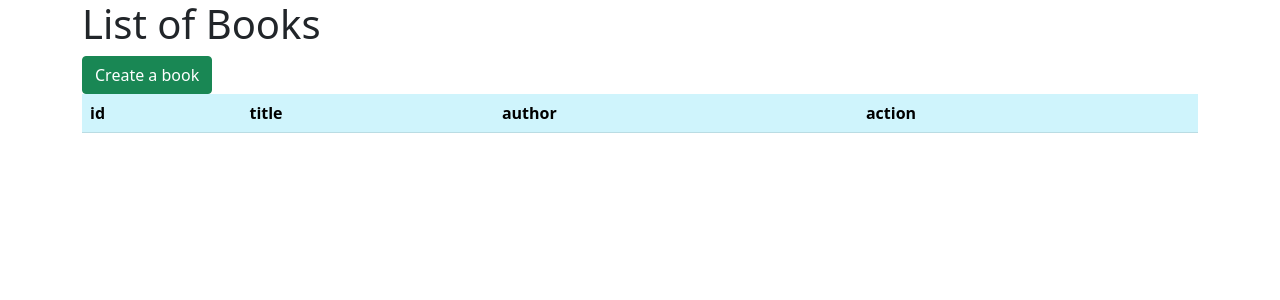
Repository: RaghdaMadiane/django
Page: http://localhost/books/
These files come from the project's save history. The page is drawn as it stood at one moment and after the next save; the edit follows.
The browser window is 1280 px wide. The pictures show the whole page.
The page is served by the project's application, run on Django 3.2 (manage.py). Other server files are loaded and not shown. Queries for data that is not in the repository find no rows.

Above is the page before, as saved 2021-04-22 11:46:55.

### books/templates/books/index.html
{% extends "layout/main.html"%}
{%block body%}
<h1>List of Books<h1>
<table class="table table-striped table-hover" style="width:200rm" >

  <thead>
    <tr>
        <th scope="col" class="table-info">id</th>
     <th scope="col" class="table-info">title</th>
      <th scope="col" class="table-info">author</th>
      <th scope="col" class="table-info">action</th>
    </tr>
     </thead>
     {%for book in books%}
  <tbody>
    <tr>
     <td >{{book.id}}</td>
      <td >{{book.title}}</td>
     <td>{{book.author}}</td>
     <td><a href="{% url 'edit' book.id %}" type="button"  class="btn btn-info"> edit </a>
     <a href="{% url 'delete' book.id %}" type="button"  class="btn btn-danger"> delete</a></td>
    </tr>
   </tbody>
{% endfor %}
<a  href='create' type="button"  class="btn btn-success"> Create a book </a>
{% endblock %}

### books/templates/layout/main.html
<html>
<head>
<!-- CSS only -->
<link href="https://cdn.jsdelivr.net/npm/bootstrap@5.0.0-beta3/dist/css/bootstrap.min.css" rel="stylesheet" integrity="sha384-eOJMYsd53ii+scO/bJGFsiCZc+5NDVN2yr8+0RDqr0Ql0h+rP48ckxlpbzKgwra6" crossorigin="anonymous">
</head>
<body class="container">
{%block body%}
{% endblock %}
</body>
</html>

### books/views.py
from django.shortcuts import render,redirect
from django.http import HttpResponse
from .forms import BookForm
from .models import Book
# Create your views here.
def index(request):
    books =Book.objects.all()
    return render(request,"books/index.html",{
        "books":books
    })
def create(request):
    form=BookForm(request.POST or None)
    if form.is_valid():
        form.save()
        return redirect("index")
    return render(request,"books/create.html",{
        "form" : form
    })
def edit(request,id):
    book=Book.objects.get(id=id)
    form =BookForm(request.POST or None, instance=book)
    if form.is_valid():
        form.save()
        return redirect("index")

    return render(request,"books/edit.html",{
        "form" : form,
        "book" : book
    })
def delete(request, id):
    book=Book.objects.get(id=id)
    book.delete()
    return redirect("index")

### book/urls.py
"""book URL Configuration

The `urlpatterns` list routes URLs to views. For more information please see:
    https://docs.djangoproject.com/en/3.2/topics/http/urls/
Examples:
Function views
    1. Add an import:  from my_app import views
    2. Add a URL to urlpatterns:  path('', views.home, name='home')
Class-based views
    1. Add an import:  from other_app.views import Home
    2. Add a URL to urlpatterns:  path('', Home.as_view(), name='home')
Including another URLconf
    1. Import the include() function: from django.urls import include, path
    2. Add a URL to urlpatterns:  path('blog/', include('blog.urls'))
"""
from django.contrib import admin
from django.urls import path
from django.urls import include

urlpatterns = [
    path('admin/', admin.site.urls),
    path('books/',include("books.urls")),
]

### books/urls.py

from django.urls import path
from . import views

urlpatterns = [
   path("",views.index,name='index'),
   path("create",views.create, name='create'),
   path("edit/<int:id>",views.edit, name='edit'),
   path('delete/<int:id>', views.delete, name='delete'),
]

After the next save:
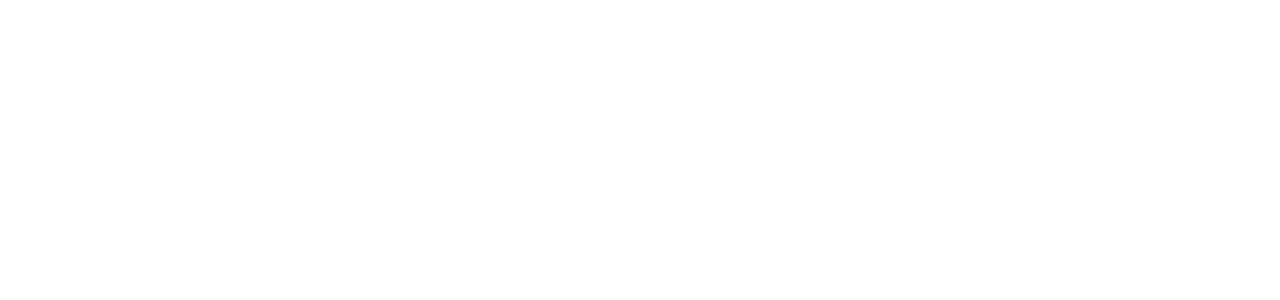
Saved 2 min 0 s later.
--- a/books/templates/layout/main.html
+++ b/books/templates/layout/main.html
@@ -1,4 +1,4 @@
-<html>
+{% comment %} <html>
 <head>
 <!-- CSS only -->
 <link href="https://cdn.jsdelivr.net/npm/bootstrap@5.0.0-beta3/dist/css/bootstrap.min.css" rel="stylesheet" integrity="sha384-eOJMYsd53ii+scO/bJGFsiCZc+5NDVN2yr8+0RDqr0Ql0h+rP48ckxlpbzKgwra6" crossorigin="anonymous">
@@ -7,4 +7,4 @@
 {%block body%}
 {% endblock %}
 </body>
-</html>
+</html> {% endcomment %}

After the save that followed:
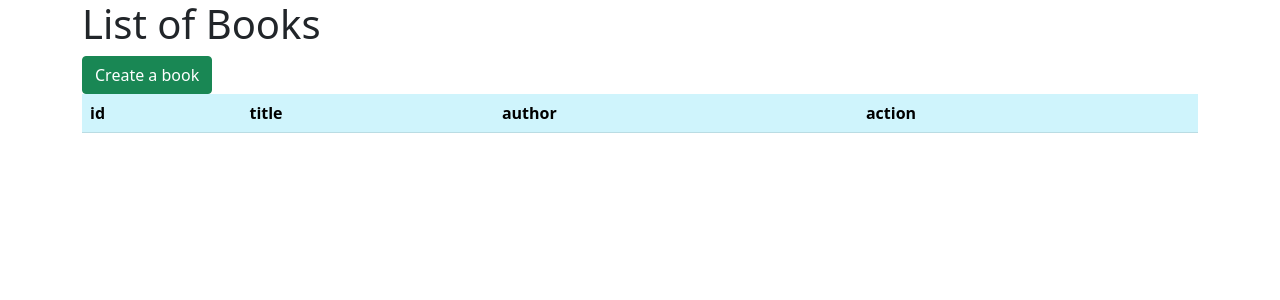
Saved 19 s later.
--- a/books/templates/layout/main.html
+++ b/books/templates/layout/main.html
@@ -1,4 +1,4 @@
-{% comment %} <html>
+<html>
 <head>
 <!-- CSS only -->
 <link href="https://cdn.jsdelivr.net/npm/bootstrap@5.0.0-beta3/dist/css/bootstrap.min.css" rel="stylesheet" integrity="sha384-eOJMYsd53ii+scO/bJGFsiCZc+5NDVN2yr8+0RDqr0Ql0h+rP48ckxlpbzKgwra6" crossorigin="anonymous">
@@ -7,4 +7,4 @@
 {%block body%}
 {% endblock %}
 </body>
-</html> {% endcomment %}
+</html>
